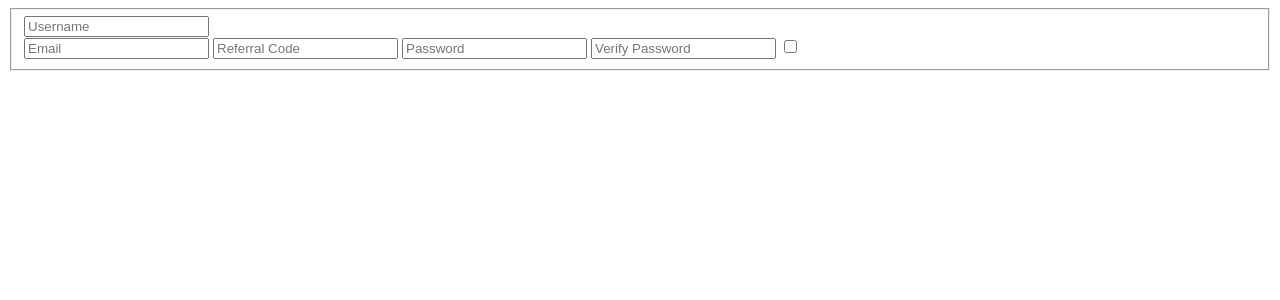
Repository: Malcolmt129/COSC484-assignment1
Page: tueats.html
An editor plug-in stored every save of this project. The page is shown before and after the next save, followed by the edit.
The browser window is 1280 px wide. The pictures show the whole page.

Above is the page before, as saved 2023-02-08 15:41:49.

After the next save:
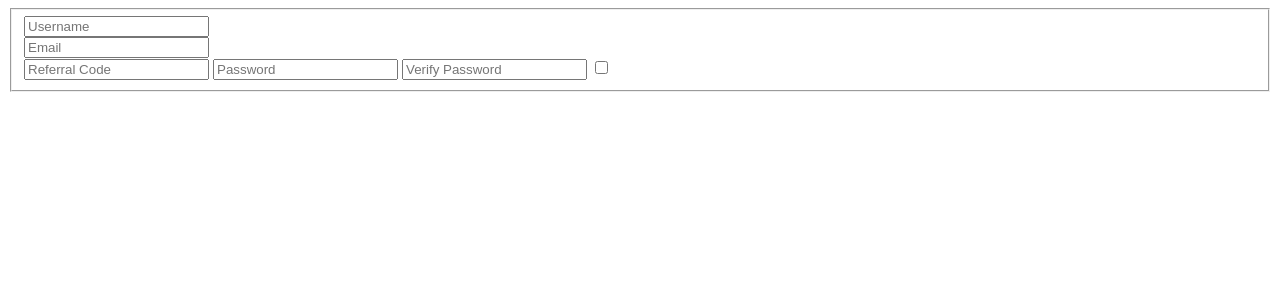
Saved 16 s later.
--- a/tueats.html
+++ b/tueats.html
@@ -7,7 +7,7 @@
         <form method="get" action="tueats_completed.html">
             <fieldset>
                 <input type="text" name="username" placeholder="Username" required /><br>
-                <input type="text" name="email" placeholder="Email" required />
+                <input type="text" name="email" placeholder="Email" required /><br>
                 <input type="text" name="referral code" placeholder="Referral Code" />
                 <input type="password" name="password" placeholder="Password" required>
                 <input type="text" name="password_verify" placeholder="Verify Password" required>
